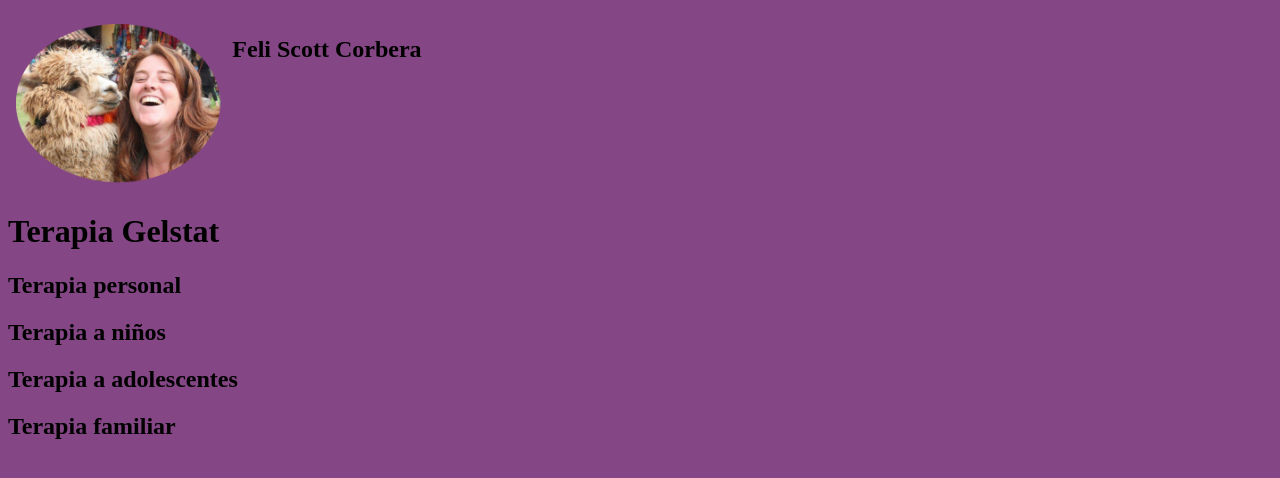
Repository: Jogalso/webPsicologa
Page: /
An editor plug-in stored every save of this project. The page is shown before and after the next save, followed by the edit.
The browser window is 1280 px wide. The pictures show the whole page.
The project was rebuilt for these pictures with package versions that can differ from the ones it lists, and the page was loaded fresh each time. The framework's server and built-in components were replaced by stand-ins that run in the browser.

Above is the page before, as saved 2021-07-12 11:56:22.

After the next save:
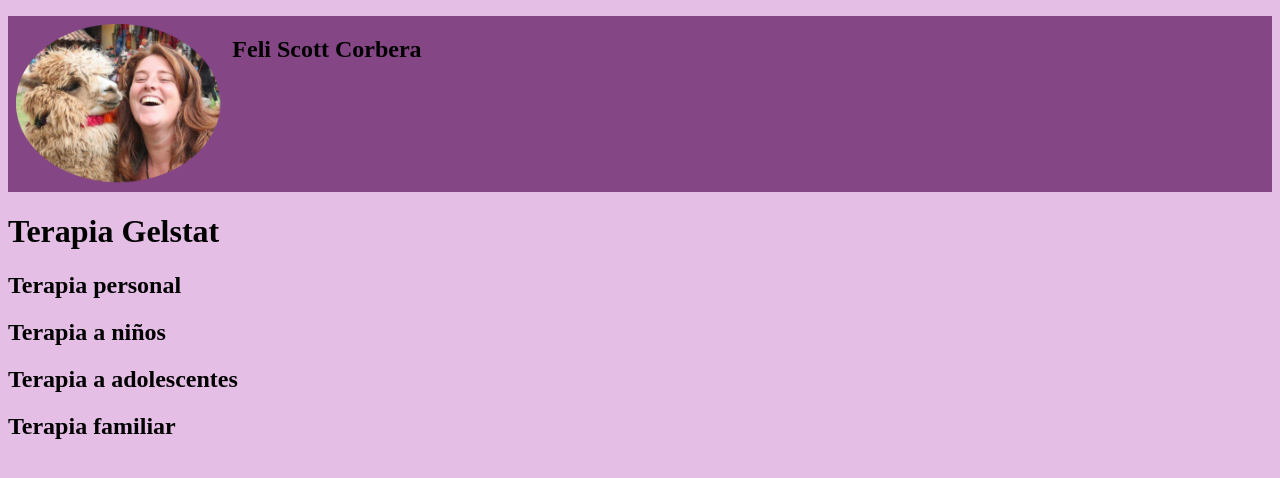
Saved 49 s later.
--- a/components/Layout.js
+++ b/components/Layout.js
@@ -27,7 +27,7 @@ function Layout(props) {
     <style jsx global>
     {`
     html{
-        background: #844685;
+        background: #E5BEE6;
     }
     `}
     </style>
